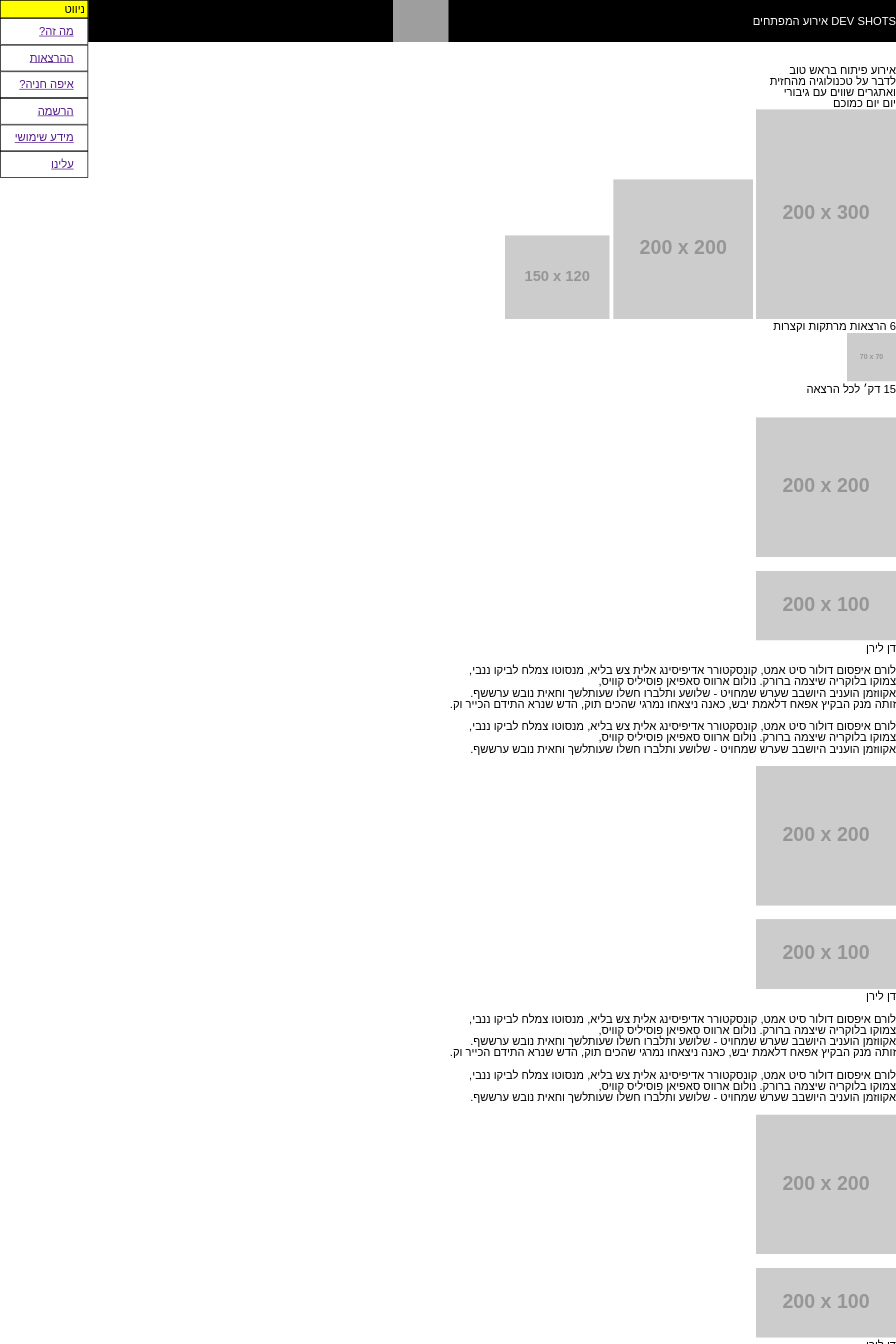
Repository: Julian-Escobar/DevShots
Page: index.html
An editor plug-in stored every save of this project. The page is shown before and after the next save, followed by the edit.
The browser window is 1280 px wide. The pictures show the part of the page from y = 0 to 1920 px (the page is 5922 px tall), at 70% of full size.
Pictures or frames that could not be fetched are drawn as grey boxes.

Above is the page before, as saved 2018-08-28 18:23:16.

After the next save:
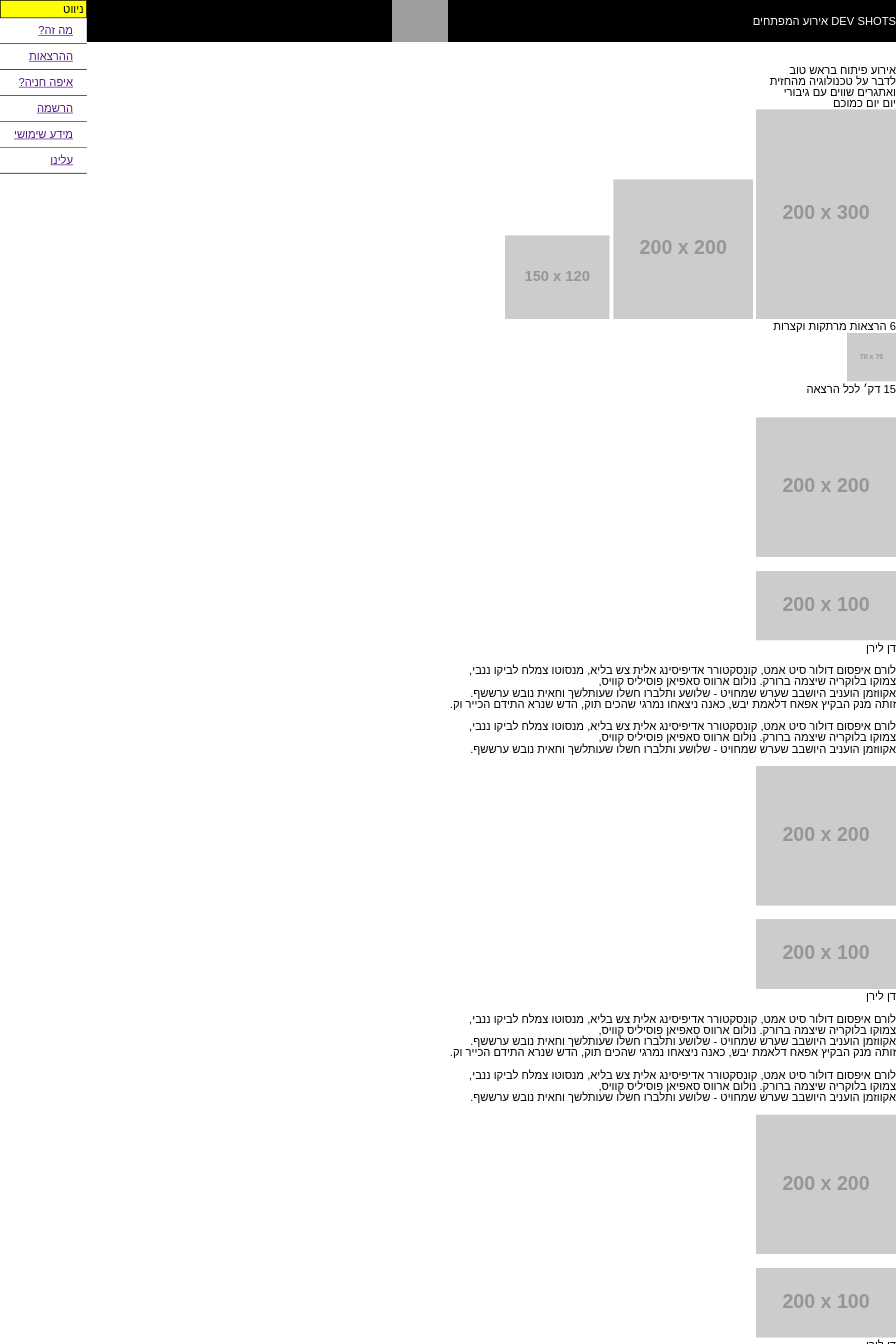
Saved 54 s later.
--- a/style.css
+++ b/style.css
@@ -113,7 +113,7 @@ header {
     .navlink {
         background-color: white;
         padding: 4px;
-        border: 1px solid black;
+        border-bottom: 1px solid black;
         align-self: right;
         display: block;
         position: relative;
